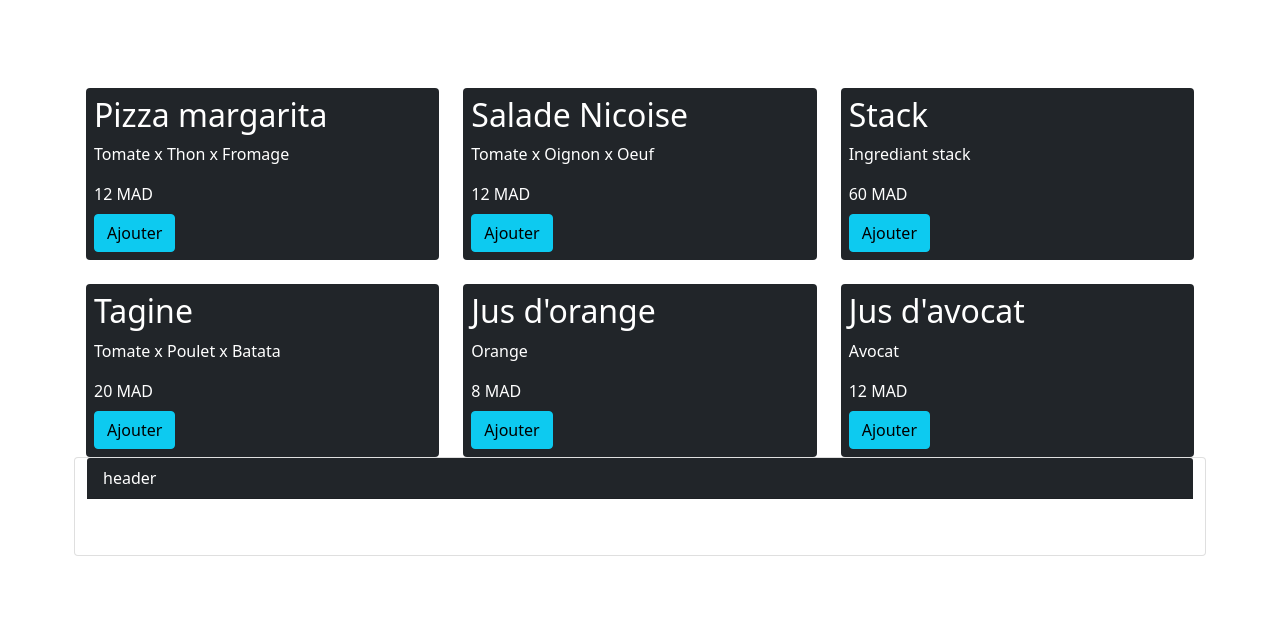
Repository: FS-23/my-restaurant
Page: /
These files come from the project's save history. The page is drawn as it stood at one moment and after the next save; the edit follows.
The browser window is 1280 px wide. The pictures show the whole page.
The project was rebuilt for these pictures with package versions that can differ from the ones it lists, and the page was loaded fresh each time.

Above is the page before, as saved 2022-04-29 14:08:22.

### public/index.html
<!DOCTYPE html>
<html lang="en">
  <head>
    <meta charset="utf-8" />
    <link rel="icon" href="%PUBLIC_URL%/favicon.ico" />
    <meta name="viewport" content="width=device-width, initial-scale=1" />
    <meta name="theme-color" content="#000000" />
    <meta
      name="description"
      content="Web site created using create-react-app"
    />
    <link rel="apple-touch-icon" href="%PUBLIC_URL%/logo192.png" />
    <!--
      manifest.json provides metadata used when your web app is installed on a
      user's mobile device or desktop. See https://developers.google.com/web/fundamentals/web-app-manifest/
    -->
    <link rel="manifest" href="%PUBLIC_URL%/manifest.json" />
    <!--
      Notice the use of %PUBLIC_URL% in the tags above.
      It will be replaced with the URL of the `public` folder during the build.
      Only files inside the `public` folder can be referenced from the HTML.

      Unlike "/favicon.ico" or "favicon.ico", "%PUBLIC_URL%/favicon.ico" will
      work correctly both with client-side routing and a non-root public URL.
      Learn how to configure a non-root public URL by running `npm run build`.
    -->
    <title>React App</title>
    <!-- CSS only -->
<link href="https://cdn.jsdelivr.net/npm/bootstrap@5.1.3/dist/css/bootstrap.min.css" rel="stylesheet">
  </head>
  <body>
    <noscript>You need to enable JavaScript to run this app.</noscript>
    <div id="root"></div>
    <!--
      This HTML file is a template.
      If you open it directly in the browser, you will see an empty page.

      You can add webfonts, meta tags, or analytics to this file.
      The build step will place the bundled scripts into the <body> tag.

      To begin the development, run `npm start` or `yarn start`.
      To create a production bundle, use `npm run build` or `yarn build`.
    -->
  </body>
</html>

### src/index.css
.plat-container:hover {
     top: -10px;

}

.plat-container {
  top: 0;
  transition: top 0.5s;
}


.app-gradient-container {
   background-image: linear-gradient(160deg , red , blue);
   opacity: 0.2;
}

### src/App.js
import Menu from './components/Menu'
function App() {
  return (
    <div className="">
       <div className='vw-100 vh-100 position-fixed text-white'>
           <div className='position-absolute d-none top-0 w-100 h-100 bg-dark app-gradient-container'>

           </div>
           <div className="mt-5 p-3 rounded container ">
              <Menu />
           </div>
       </div>
    </div>
  );
}

export default App;

### src/components/Menu.js
import { useState } from "react"
import Plat from "./Plat"
function Menu(){
    let [orders , setOrders] = useState([])
    let menuList = [
          {id: 1 , name: "Pizza margarita" , price: 12 , ingredient: "Tomate x Thon x Fromage"},
          {id: 2 , name: "Salade Nicoise" , price: 12 , ingredient: "Tomate x Oignon x Oeuf"},
          {id: 3 , name: "Stack" , price: 60 , ingredient: "Ingrediant stack"},
          {id: 4 , name: "Tagine" , price: 20 , ingredient: "Tomate x Poulet x Batata"},
          {id: 5 , name: "Jus d'orange" , price: 8 , ingredient: "Orange"},
          {id: 6 , name: "Jus d'avocat" , price: 12 , ingredient: "Avocat"},
    ]

    return (
        <div className="row">
           {
               menuList.map((menu) =>   < Plat name= {menu.name} price={menu.price} ingredient={menu.ingredient} />)
           }
           <div className="card w-100 m-auto">
                 <div className="card-header bg-dark">header</div>
                  <div className="card-body">body</div>
           </div>
           <div className="bg-dark rounded mt-5">


           </div>

        </div>
    )
}

export default Menu

### src/components/Plat.js

function Plat (props){
    return(
        <div className=" col-1 col-sm-2 col-lg-4 mt-4 position-relative plat-container" >
            <div className="bg-dark p-2 rounded">
                <h2>{props.name} </h2>
                <p> {props.ingredient}</p>
                <div>
                    {props.price} MAD
                </div>
                <button className="btn btn-info mt-2">Ajouter</button>
            </div>
       </div>


    )
}

export default Plat

Loaded but not shown: src/index.js (common file)

After the next save:
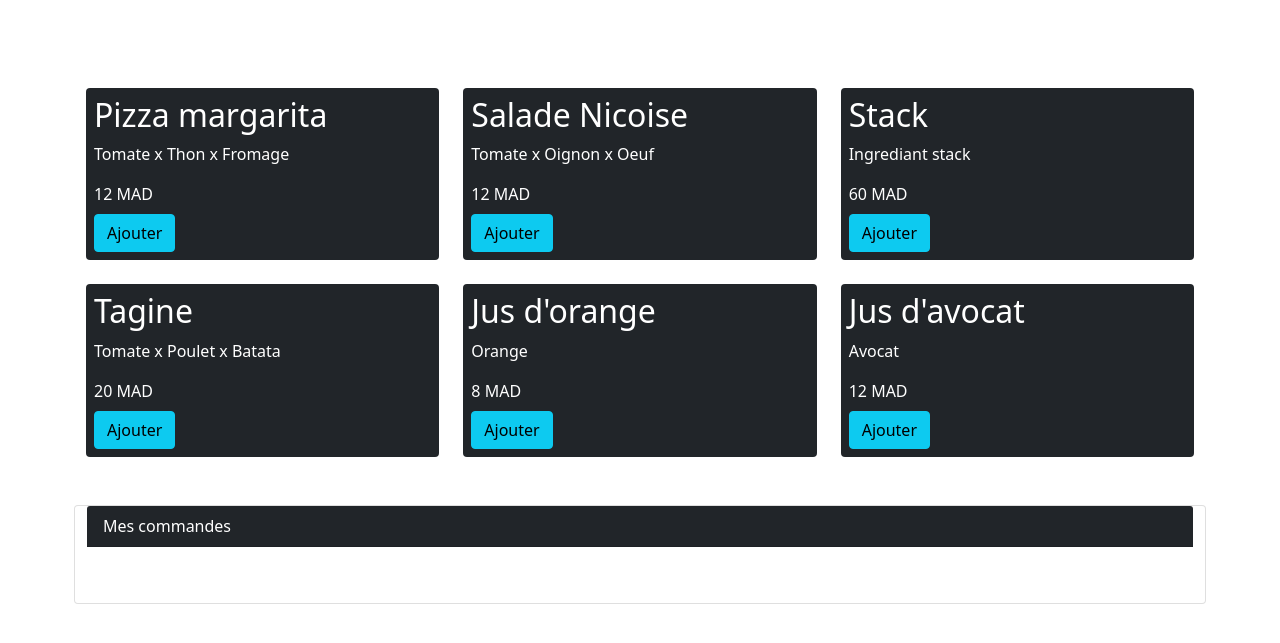
Saved 20 s later.
--- a/src/components/Menu.js
+++ b/src/components/Menu.js
@@ -16,8 +16,8 @@ function Menu(){
            {
                menuList.map((menu) =>   < Plat name= {menu.name} price={menu.price} ingredient={menu.ingredient} />)
            }
-           <div className="card w-100 m-auto">
-                 <div className="card-header bg-dark">header</div>
+           <div className="card w-100 m-auto mt-5">
+                 <div className="card-header bg-dark">Mes commandes</div>
                   <div className="card-body">body</div>
            </div>
            <div className="bg-dark rounded mt-5">
